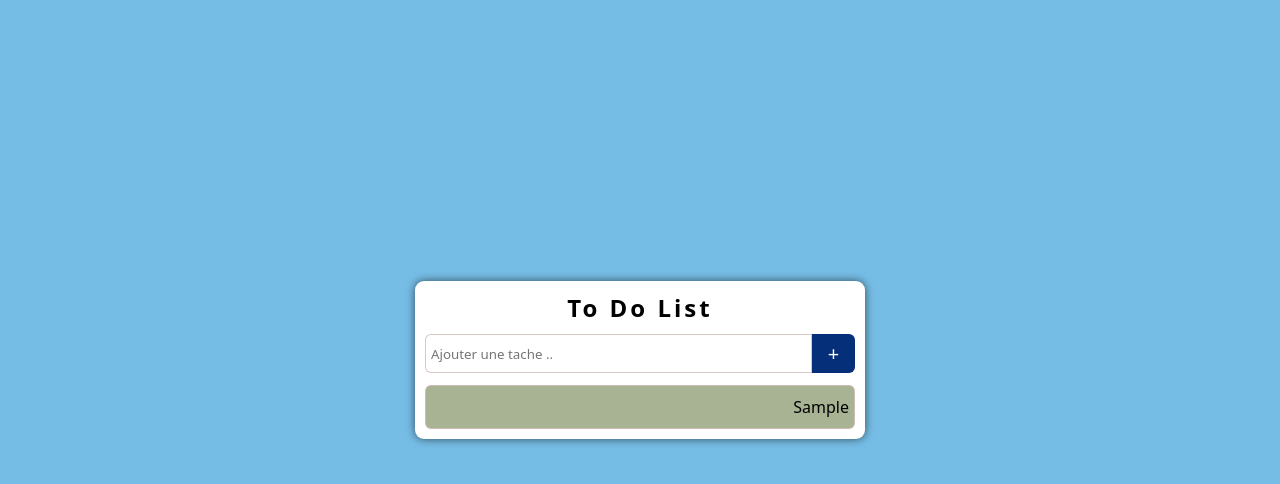
Repository: beva3/javaScrypt
Page: to-do-liste/index.html
These files come from the project's save history. The page is drawn as it stood at one moment and after a run of saves; the edit follows.
The browser window is 1280 px wide. The pictures show the whole page.
Empty fields were first filled with sample values (such as "Sample", 5 or name@example.com).
After loading, the first visible `#addTodo` was clicked once.

Above is the page before, as saved 2024-05-08 21:38:32.

After the next 6 saves:
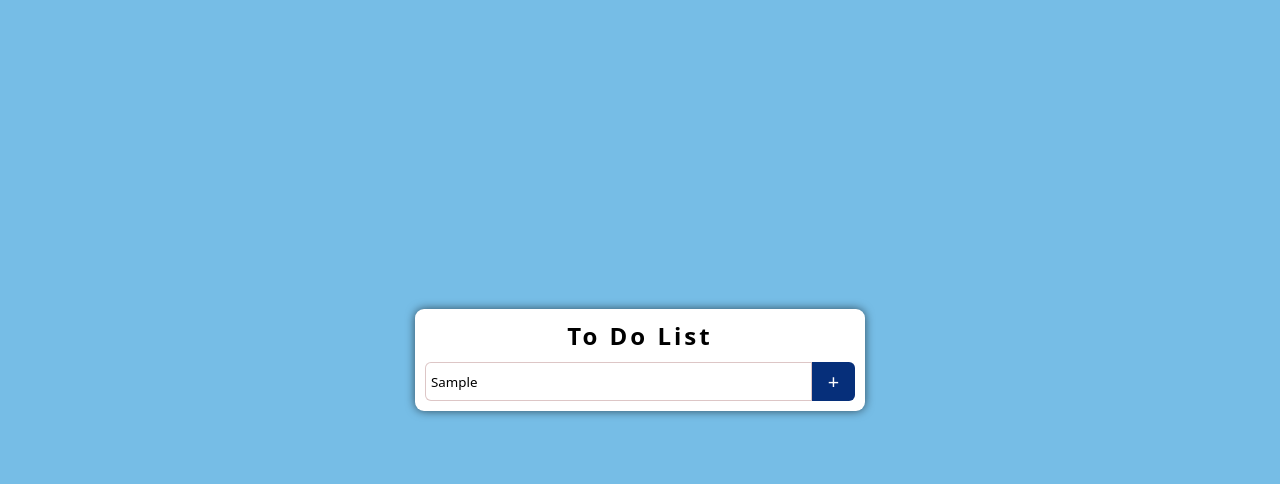
Console error: SyntaxError: Invalid or unexpected token
The 6 saves are shown as one change because they came seconds apart.
The last was saved 14 s later.
--- a/to-do-liste/script.js
+++ b/to-do-liste/script.js
@@ -23,6 +23,6 @@
 
     // TODO: baree the paragraph when on click desus
     paragraph.addEventListener('click', function(){
-
+        alert("you select');
     });
 }

After the save that followed:
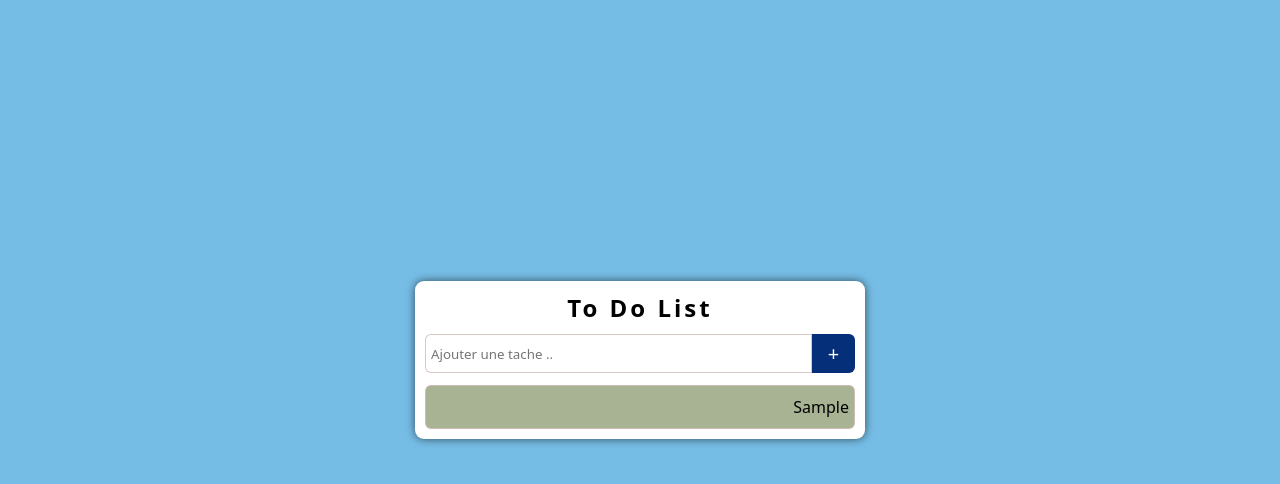
The error is gone.
Saved 6 s later.
--- a/to-do-liste/script.js
+++ b/to-do-liste/script.js
@@ -23,6 +23,6 @@
 
     // TODO: baree the paragraph when on click desus
     paragraph.addEventListener('click', function(){
-        alert("you select');
+        alert('you select');
     });
 }
